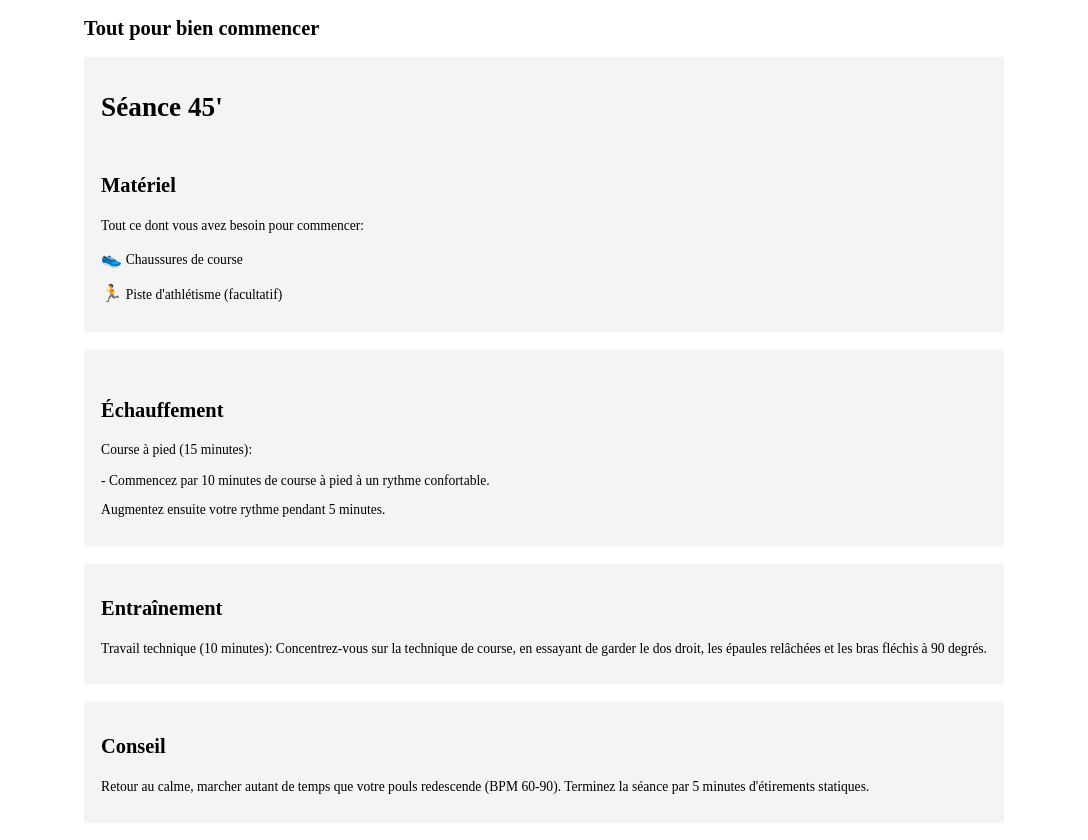
Repository: AdilGHAZAL/MosaiqueWebdoc
Page: /
These files come from the project's save history. The page is drawn as it stood at one moment and after the next save; the edit follows.
The browser window is 1280 px wide. The pictures show the whole page, at 85% of full size.
Some web fonts or font styles are not loaded; a fallback is used. The project was rebuilt for these pictures with package versions that can differ from the ones it lists, and the page was loaded fresh each time. Also part of the build but not shown: vite.config.js, src/App.css, src/components/Navbar.css, src/components/Navbar.jsx, src/components/Athletes.css, src/components/Athletes.jsx, src/components/Athletes2.jsx, src/components/Athletes3.jsx and 18 more.

Above is the page before, as saved 2024-05-02 16:15:41.

After the next save:
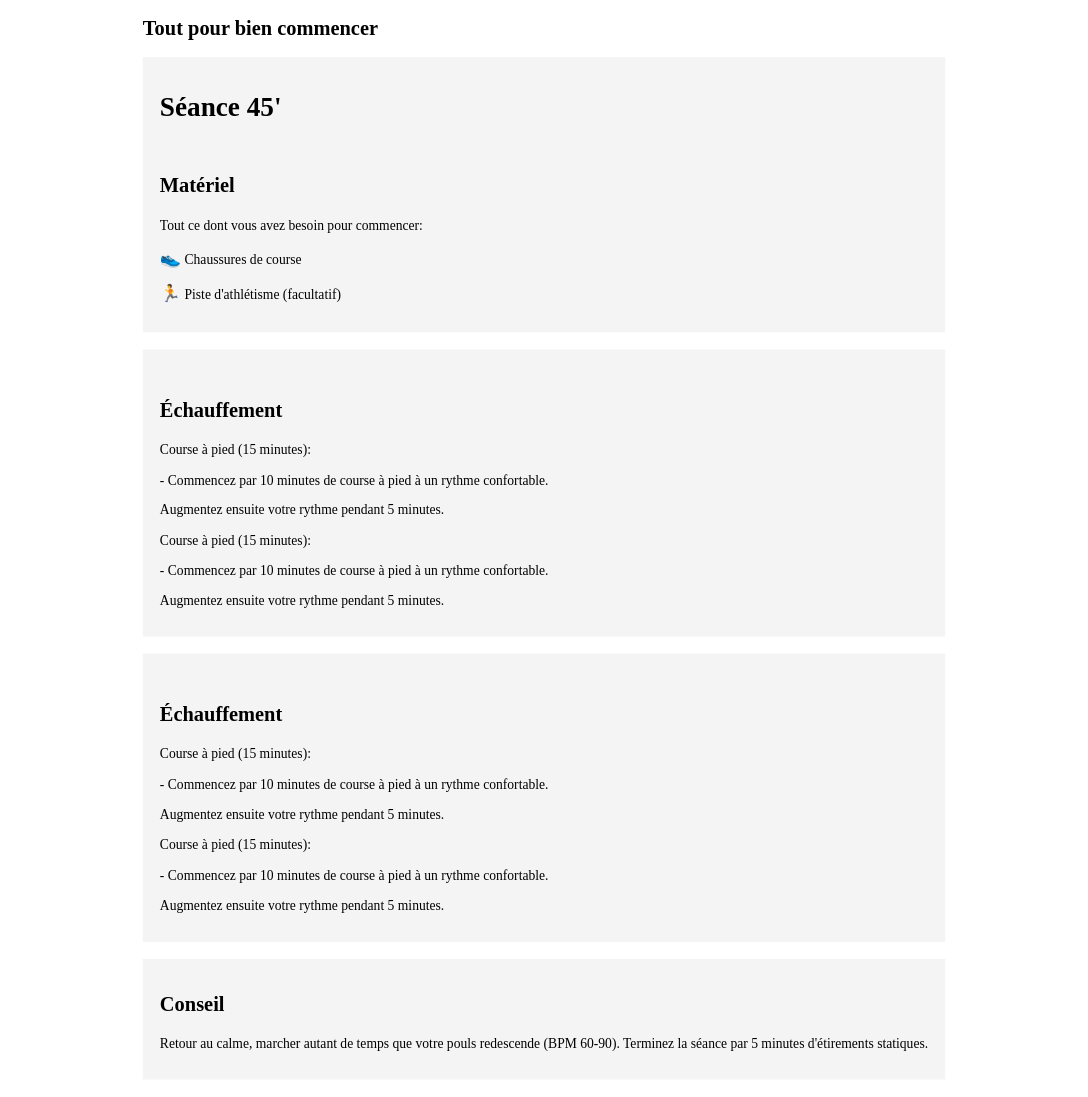
Saved 2 min 8 s later.
--- a/src/TrainingPage.jsx
+++ b/src/TrainingPage.jsx
@@ -29,11 +29,35 @@
           <p>Augmentez ensuite votre rythme pendant 5 minutes.</p>
         </p>
         </span>
+        <span>
+        <p>Course à pied (15 minutes):
+          <p>
+          - Commencez par 10 minutes de course à pied à un rythme confortable.
+          </p>
+          <p>Augmentez ensuite votre rythme pendant 5 minutes.</p>
+        </p>
+        </span>
       </div>
 
       <div className="section training">
-        <h2>Entraînement</h2>
-        <p>Travail technique (10 minutes): Concentrez-vous sur la technique de course, en essayant de garder le dos droit, les épaules relâchées et les bras fléchis à 90 degrés.</p>
+      <img src="" alt="" />
+        <h2>Échauffement</h2>
+        <span>
+        <p>Course à pied (15 minutes):
+          <p>
+          - Commencez par 10 minutes de course à pied à un rythme confortable.
+          </p>
+          <p>Augmentez ensuite votre rythme pendant 5 minutes.</p>
+        </p>
+        </span>
+        <span>
+        <p>Course à pied (15 minutes):
+          <p>
+          - Commencez par 10 minutes de course à pied à un rythme confortable.
+          </p>
+          <p>Augmentez ensuite votre rythme pendant 5 minutes.</p>
+        </p>
+        </span>
       </div>
 
       <div className="section advice">
